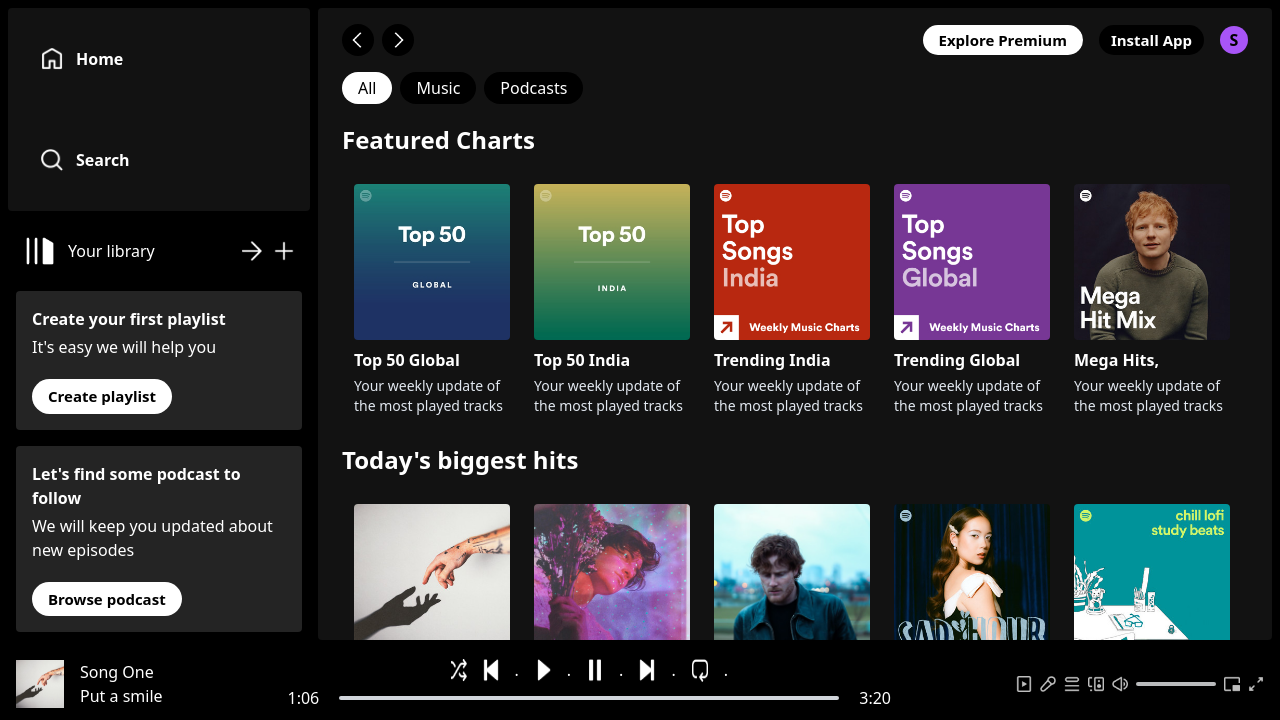
Repository: duttasayan835/Spotify_clone
Page: /
An editor plug-in stored every save of this project. The page is shown before and after the next save, followed by the edit.
The browser window is 1280 px wide. The pictures show the whole page.
An inner scrolling area shows only its first screen. The project was rebuilt for these pictures with package versions that can differ from the ones it lists, and the page was loaded fresh each time. Also part of the build but not shown: vite.config.js, src/Components/DisplayAlbum.jsx. Imported but missing from the stored project, and not drawn on this page: src/assets/song1.mp3, src/assets/song2.mp3, src/assets/song3.mp3.

Above is the page before, as saved 2024-08-11 21:56:29.

### src/main.jsx
import { StrictMode } from "react";
import { createRoot } from "react-dom/client";
import App from "./App.jsx";
import "./index.css";
// eslint-disable-next-line no-unused-vars
import { BrowserRouter } from "react-router-dom";
import PlayerContextProvider from "./Context/PlayerContext.jsx";

createRoot(document.getElementById("root")).render(
  <StrictMode>
    <BrowserRouter>
      <PlayerContextProvider>
        <App />
      </PlayerContextProvider>
    </BrowserRouter>
  </StrictMode>
);

### src/App.jsx
//<<<<<<< ⌬ Tabnine Instruct <<<<<<<
// eslint-disable-next-line no-unused-vars
import React, { useContext } from "react";
//>>>>>>> ⌬ Tabnine Instruct >>>>>>>
import Sidebar from "./Components/Sidebar";
import Player from "./Components/Player";
import Display from "./Components/Display";
import { PlayerContext } from "./Context/PlayerContext";
const App = () => {
  const { audioRef, track } = useContext(PlayerContext);
  return (
    <div className="h-screen bg-black">
      <div className="h-[90%] flex">
        <Sidebar />
        <Display />
      </div>
      <Player />
      <audio ref={audioRef} src={track.file} preload="auto"></audio>
    </div>
  );
};

export default App;

### src/Context/PlayerContext.jsx
import { createContext, useRef, useState } from "react";
import { songsData } from "../assets/assets";
export const PlayerContext = createContext();
const PlayerContextProvider = (props) => {
  const audioRef = useRef();
  const SeekBg = useRef();
  const SeekBar = useRef();

  const [track, setTrack] = useState(songsData[0]);
  const [playStatus, setPlayStatus] = useState(false);
  const [time, setTime] = useState({
    currentTime: { seconds: 0, minute: 0 },
    totalTime: { seconds: 0, minute: 0 },
  });
  const play = () => {
    audioRef.current.play();
    setPlayStatus(true);
  };
  const pause = () => {
    audioRef.current.pause();
    setPlayStatus(false);
  };

  const contextValue = {
    audioRef,
    SeekBar,
    SeekBg,
    track,
    setTrack,
    playStatus,
    setPlayStatus,
    time,
    setTime,
    play,
    pause,
  };
  return (
    <PlayerContext.Provider value={contextValue}>
      {props.children}
    </PlayerContext.Provider>
  );
};
export default PlayerContextProvider;

### src/Components/Sidebar.jsx
// eslint-disable-next-line no-unused-vars
import React from "react";
import { assets } from "../assets/assets";
import { useNavigate } from "react-router-dom";
const sidebar = () => {
  const navigate = useNavigate();
  return (
    <div className="w-[25%] h-full p-2 flex-col gap-2 text-white hidden lg:flex ">
      <div className="bg-[#121212] h-[50%] rounded flex flex-col justify-around">
        <div
          onClick={() => navigate("/")}
          className="flex items-center gap-3 pl-8 cursor-pointer"
        >
          <img className="w-6" src={assets.home_icon} alt="" />
          <p className="font-bold ">Home</p>
        </div>
        <div className="flex items-center gap-3 pl-8 cursor-pointer">
          <img className="w-6" src={assets.search_icon} alt="" />
          <p className="font-bold ">Search</p>
        </div>
      </div>
      <div className="bg-[#121212 h-[85%] rounded">
        <div className="flex items-center justify-between p-4">
          <div className="flex items-center gap-3">
            <img className="w-8 " src={assets.stack_icon} alt="" />
            <p className="font">Your library</p>
          </div>
          <div className="flex items-center gap-3">
            <img className="w-5" src={assets.arrow_icon} alt="" />
            <img className="w-5" src={assets.plus_icon} alt="" />
          </div>
        </div>
        <div className="p-4 bg-[#242424] m-2 rounded font-semibold flex flex-col items-start justify-start gap-1 pl-4 ">
          <h1>Create your first playlist</h1>
          <p className="font-light">It's easy we will help you</p>
          <button className="px-4 py-1.5 bg-white text-[15px] text-black rounded-full mt-4">
            Create playlist
          </button>
        </div>
        <div className="p-4 bg-[#242424] m-2 rounded font-semibold flex flex-col items-start justify-start gap-1 pl-4 mt-4">
          <h1>Let's find some podcast to follow</h1>
          <p className="font-light">
            We will keep you updated about new episodes
          </p>
          <button className="px-4 py-1.5 bg-white text-[15px] text-black rounded-full mt-4">
            Browse podcast
          </button>
        </div>
      </div>
    </div>
  );
};

export default sidebar;

### src/Components/Player.jsx
// eslint-disable-next-line no-unused-vars
import React, { useContext } from "react";
import { assets, songsData } from "../assets/assets";
import { PlayerContext } from "../Context/PlayerContext";

const Player = () => {
  const { SeekBar, SeekBg, playStatus, play, pause } =
    useContext(PlayerContext);

  return (
    <div className="h-[10%] bg-black flex justify-between items-center text-white px-4 ">
      <div className="hidden gap-4 lg:flex item-center ">
        <img className="w-12" src={songsData[0].image} alt="" />
        <div>
          <p>{songsData[0].name}</p>
          <p>{songsData[0].desc.slice(0, 12)}</p>
        </div>
      </div>
      <div className="flex flex-col items-center gap-1 m-auto">
        <div className="flex gap-4">
          <img
            className="w-4 cursor-pointer"
            src={assets.shuffle_icon}
            alt=""
          />
          <img className="w-4 cursor-pointer" src={assets.prev_icon} alt="" />.
          <img
            onClick={play}
            className="w-4 cursor-pointer"
            src={assets.play_icon}
            alt=""
          />
          .
          <img
            onClick={pause}
            className="w-4 cursor-pointer"
            src={assets.pause_icon}
            alt=""
          />
          .
          <img className="w-4 cursor-pointer" src={assets.next_icon} alt="" />.
          <img className="w-4 cursor-pointer" src={assets.loop_icon} alt="" />.
        </div>
        <div className="flex items-center gap-5">
          <p>1:06</p>
          <div
            ref={SeekBg}
            className="w-[60vw] max-w-[500px] bg-gray-300 rounded-full cursor-pointer"
          >
            <hr
              ref={SeekBar}
              className="w-0 h-1 bg-green-800 border-none rounded-full "
            />
          </div>
          <p>3:20</p>
        </div>
      </div>
      <div className="items-center hidden gap-2 opacity-75 lg:flex">
        <img className="w-4" src={assets.plays_icon} alt="" />
        <img className="w-4" src={assets.mic_icon} alt="" />
        <img className="w-4" src={assets.queue_icon} alt="" />
        <img className="w-4" src={assets.speaker_icon} alt="" />
        <img className="w-4" src={assets.volume_icon} alt="" />
        <div className="w-20 h-1 rounded bg-slate-50"></div>
        <img className="w-4" src={assets.mini_player_icon} alt="" />
        <img className="w-4" src={assets.zoom_icon} alt="" />
      </div>
    </div>
  );
};

export default Player;

### src/Components/Display.jsx
// eslint-disable-next-line no-unused-vars
import React, { useEffect, useRef } from "react";
import { Route, Routes, useLocation } from "react-router-dom";
import DisplayHome from "./DisplayHome";
import DisplayAlbum from "./DisplayAlbum";
import { albumsData } from "../assets/assets";

const Display = () => {
  const displayRef = useRef();
  const location = useLocation();
  const isAlbum = location.pathname.includes("album");
  const albumId = isAlbum ? location.pathname.slice(-1) : "";
  const bgColor = albumsData[Number(albumId)].bgColor;

  useEffect(() => {
    if (isAlbum) {
      displayRef.current.style.backgroundColor = `linear - gradient(${bgColor},#121212)`;
    } else {
      displayRef.current.style.backgroundColor = `#121212`;
    }
  });
  return (
    <div
      ref={displayRef}
      className="w-[100%] m-2 px-6 pt-4 rounded bg-[#121212] text-white overflow-auto lg:w-[75%] lg:ml-0"
    >
      <Routes>
        <Route path="/" element={<DisplayHome />} />
        <Route path="/album/:id" element={<DisplayAlbum />} />
      </Routes>
    </div>
  );
};

export default Display;

### src/assets/assets.js
import bell_icon from "./bell.png";
import home_icon from "./home.png";
import like_icon from "./like.png";
import loop_icon from "./loop.png";
import mic_icon from "./mic.png";
import next_icon from "./next.png";
import play_icon from "./play.png";
import pause_icon from "./pause.png";
import plays_icon from "./plays.png";
import prev_icon from "./prev.png";
import search_icon from "./search.png";
import shuffle_icon from "./shuffle.png";
import speaker_icon from "./speaker.png";
import stack_icon from "./stack.png";
import zoom_icon from "./zoom.png";
import plus_icon from "./plus.png";
import arrow_icon from "./arrow.png";
import mini_player_icon from "./mini-player.png";
import queue_icon from "./queue.png";
import volume_icon from "./volume.png";
import arrow_right from "./right_arrow.png";
import arrow_left from "./left_arrow.png";
import spotify_logo from "./spotify_logo.png";
import clock_icon from "./clock_icon.png";
import img1 from "./img1.jpg";
import img2 from "./img2.jpg";
import img3 from "./img3.jpg";
import img4 from "./img4.jpg";
import img5 from "./img5.jpg";
// eslint-disable-next-line no-unused-vars
import img6 from "./img6.jpg";
import img7 from "./img7.jpg";
import img8 from "./img8.jpg";
import img9 from "./img9.jpg";
import img10 from "./img10.jpg";
import img11 from "./img11.jpg";
import img12 from "./img12.jpg";
// eslint-disable-next-line no-unused-vars
import img13 from "./img13.jpg";
import img14 from "./img14.jpg";
import img15 from "./img15.jpg";
import img16 from "./img16.jpg";
import song1 from "./song1.mp3";
import song2 from "./song2.mp3";
import song3 from "./song3.mp3";

export const assets = {
  bell_icon,
  home_icon,
  like_icon,
  loop_icon,
  mic_icon,
  next_icon,
  play_icon,
  plays_icon,
  prev_icon,
  search_icon,
  shuffle_icon,
  speaker_icon,
  stack_icon,
  zoom_icon,
  plus_icon,
  arrow_icon,
  mini_player_icon,
  volume_icon,
  queue_icon,
  pause_icon,
  arrow_left,
  arrow_right,
  spotify_logo,
  clock_icon,
};

export const albumsData = [
  {
    id: 0,
    name: "Top 50 Global",
    image: img8,
    desc: "Your weekly update of the most played tracks",
    bgColor: "#2a4365",
  },
  {
    id: 1,
    name: "Top 50 India",
    image: img9,
    desc: "Your weekly update of the most played tracks",
    bgColor: "#22543d",
  },
  {
    id: 2,
    name: "Trending India",
    image: img10,
    desc: "Your weekly update of the most played tracks",
    bgColor: "#742a2a",
  },
  {
    id: 3,
    name: "Trending Global",
    image: img16,
    desc: "Your weekly update of the most played tracks",
    bgColor: "#44337a",
  },
  {
    id: 4,
    name: "Mega Hits,",
    image: img11,
    desc: "Your weekly update of the most played tracks",
    bgColor: "#234e52",
  },
  {
    id: 5,
    name: "Happy Favorites",
    image: img15,
    desc: "Your weekly update of the most played tracks",
    bgColor: "#744210",
  },
];

export const songsData = [
  {
    id: 0,
    name: "Song One",
    image: img1,
    file: song1,
    desc: "Put a smile on your face with these happy tunes",
    duration: "3:00",
  },
  {
    id: 1,
    name: "Song Two",
    image: img2,
    file: song2,
    desc: "Put a smile on your face with these happy tunes",
    duration: "2:20",
  },
  {
    id: 2,
    name: "Song Three",
    image: img3,
    file: song3,
    desc: "Put a smile on your face with these happy tunes",
    duration: "2:32",
  },
  {
    id: 3,
    name: "Song Four",
    image: img4,
    file: song1,
    desc: "Put a smile on your face with these happy tunes",
    duration: "2:50",
  },
  {
    id: 4,
    name: "Song Five",
    image: img5,
    file: song2,
    desc: "Put a smile on your face with these happy tunes",
    duration: "3:10",
  },
  {
    id: 5,
    name: "Song Six",
    image: img14,
    file: song3,
    desc: "Put a smile on your face with these happy tunes",
    duration: "2:45",
  },
  {
    id: 6,
    name: "Song Seven",
    image: img7,
    file: song1,
    desc: "Put a smile on your face with these happy tunes",
    duration: "2:18",
  },
  {
    id: 7,
    name: "Song Eight",
    image: img12,
    file: song2,
    desc: "Put a smile on your face with these happy tunes",
    duration: "2:35",
  },
];

### src/Components/DisplayHome.jsx
// eslint-disable-next-line no-unused-vars
import React from "react";
import Navbar from "./Navbar";
import { albumsData, songsData } from "../assets/assets";
import AlbumItem from "./AlbumItem";
import SongItem from "./SongsItem";
const DisplayHome = () => {
  return (
    <>
      <Navbar />
      <div className="mb-4">
        <h1 className="my-5 text-2xl font-bold ">Featured Charts</h1>
        <div className="flex overflow-auto">
          {albumsData.map((item, index) => (
            <AlbumItem
              key={index}
              name={item.name}
              desc={item.desc}
              id={item.id}
              image={item.image}
            />
          ))}
        </div>
      </div>
      <div className="mb-4">
        <h1 className="my-5 text-2xl font-bold ">Today's biggest hits</h1>
        <div className="flex overflow-auto">
          {songsData.map((item, index) => (
            <SongItem
              key={index}
              name={item.name}
              desc={item.desc}
              id={item.id}
              image={item.image}
            />
          ))}
        </div>
      </div>
    </>
  );
};

export default DisplayHome;

### src/Components/Navbar.jsx
// eslint-disable-next-line no-unused-vars
import React from "react";
import { assets } from "../assets/assets";
import { useNavigate } from "react-router-dom";
const Navbar = () => {
  const navigate = useNavigate();
  return (
    <>
      <div className="flex items-center justify-between w-full font-semibold">
        <div className="flex items-center gap-2">
          <img
            onClick={() => navigate(-1)}
            className="w-8 p-2 bg-black cursor-pointer rounded-2xl"
            src={assets.arrow_left}
            alt=""
          />
          <img
            onClick={() => navigate(1)}
            className="w-8 p-2 bg-black cursor-pointer rounded-2xl"
            src={assets.arrow_right}
            alt=""
          />
        </div>
        <div className="flex items-center gap-4">
          <p className="bg-white text-black text-[15px] px-4 py-1 rounded-2xl hidden md:block cursor-pointer">
            Explore Premium
          </p>
          <p className="bg-black py-1 px-3 rounded-2xl text-[15px] cursor-pointer ">
            Install App
          </p>
          <p className="flex items-center justify-center text-black bg-purple-500 rounded-full w-7 h-7">
            S
          </p>
        </div>
      </div>
      <div className="flex items-center gap-2 mt-4">
        <p className="px-4 py-1 text-black bg-white cursor-pointer rounded-2xl">
          All
        </p>
        <p className="px-4 py-1 bg-black cursor-pointer rounded-2xl">Music</p>
        <p className="px-4 py-1 bg-black cursor-pointer rounded-2xl ">
          Podcasts
        </p>
      </div>
    </>
  );
};

export default Navbar;

### src/Components/AlbumItem.jsx
// eslint-disable-next-line no-unused-vars
import React from "react";
import { useNavigate } from "react-router-dom";

// eslint-disable-next-line react/prop-types
const AlbumItem = ({ image, name, desc, id }) => {
  const navigate = useNavigate();

  return (
    <div
      onClick={() => navigate(`/album/${id}`)}
      className="min-w-[180px] p-2 px-3 rounded cursor-pointer hover:bg[#ffffff26"
    >
      <img className="rounded" src={image} alt="" />
      <p className="mt-2 mb-1 font-bold ">{name}</p>
      <p className="text-sm text-slate-200">{desc}</p>
    </div>
  );
};

export default AlbumItem;

### src/Components/SongsItem.jsx
/* eslint-disable no-unused-vars */
import React from "react";

// eslint-disable-next-line react/prop-types
const SongItem = ({ name, image, desc, id }) => {
  return (
    <div className="min-w-[180px] p-2 px-3 rounded cursor-pointer hover:bg-[#ffffff26]">
      <img className="rounded" src={image} alt="" />
      <p className="mt-2 mb-1 font-bold">{name}</p>
      <p className="text-sm text-slate-200">{desc}</p>
    </div>
  );
};

export default SongItem;

Loaded but not shown: src/index.css (common file); tailwind.config.js (common file)

After the next save:
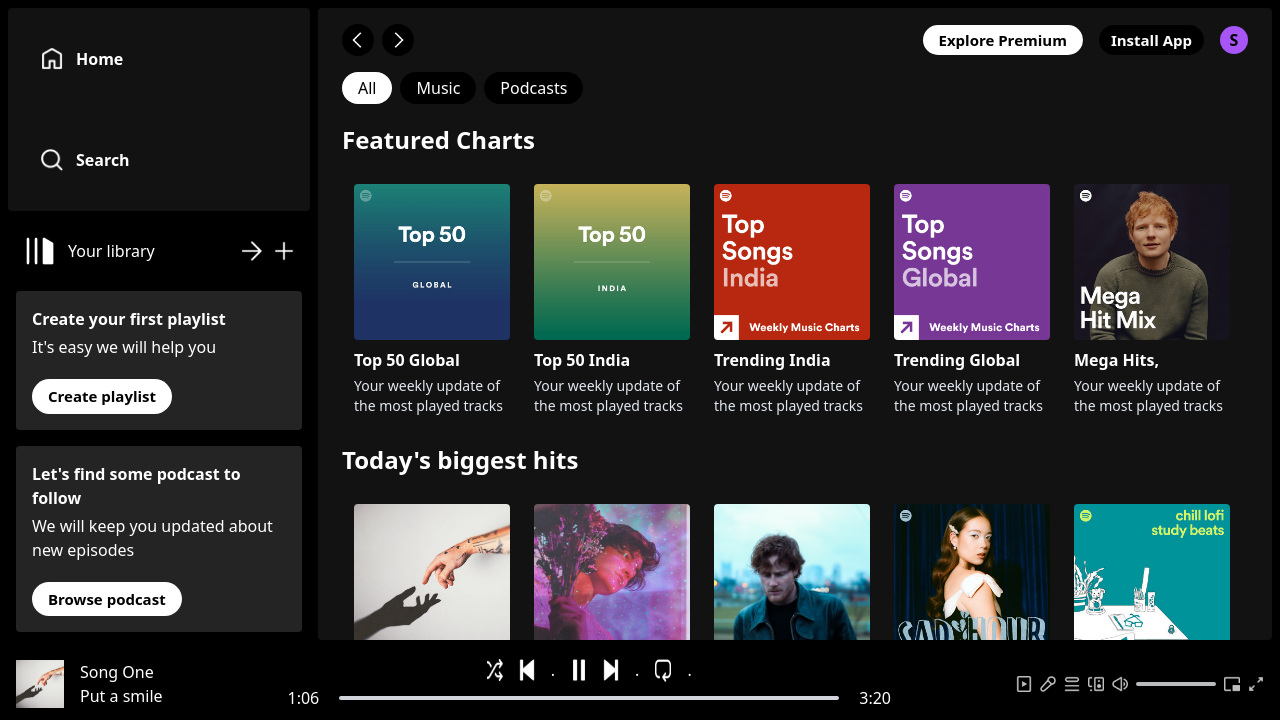
Saved 2 min 13 s later.
--- a/src/Components/Player.jsx
+++ b/src/Components/Player.jsx
@@ -24,20 +24,21 @@
             alt=""
           />
           <img className="w-4 cursor-pointer" src={assets.prev_icon} alt="" />.
-          <img
-            onClick={play}
-            className="w-4 cursor-pointer"
-            src={assets.play_icon}
-            alt=""
-          />
-          .
-          <img
-            onClick={pause}
-            className="w-4 cursor-pointer"
-            src={assets.pause_icon}
-            alt=""
-          />
-          .
+          {playStatus ? (
+            <img
+              onClick={play}
+              className="w-4 cursor-pointer"
+              src={assets.play_icon}
+              alt=""
+            />
+          ) : (
+            <img
+              onClick={pause}
+              className="w-4 cursor-pointer"
+              src={assets.pause_icon}
+              alt=""
+            />
+          )}
           <img className="w-4 cursor-pointer" src={assets.next_icon} alt="" />.
           <img className="w-4 cursor-pointer" src={assets.loop_icon} alt="" />.
         </div>
